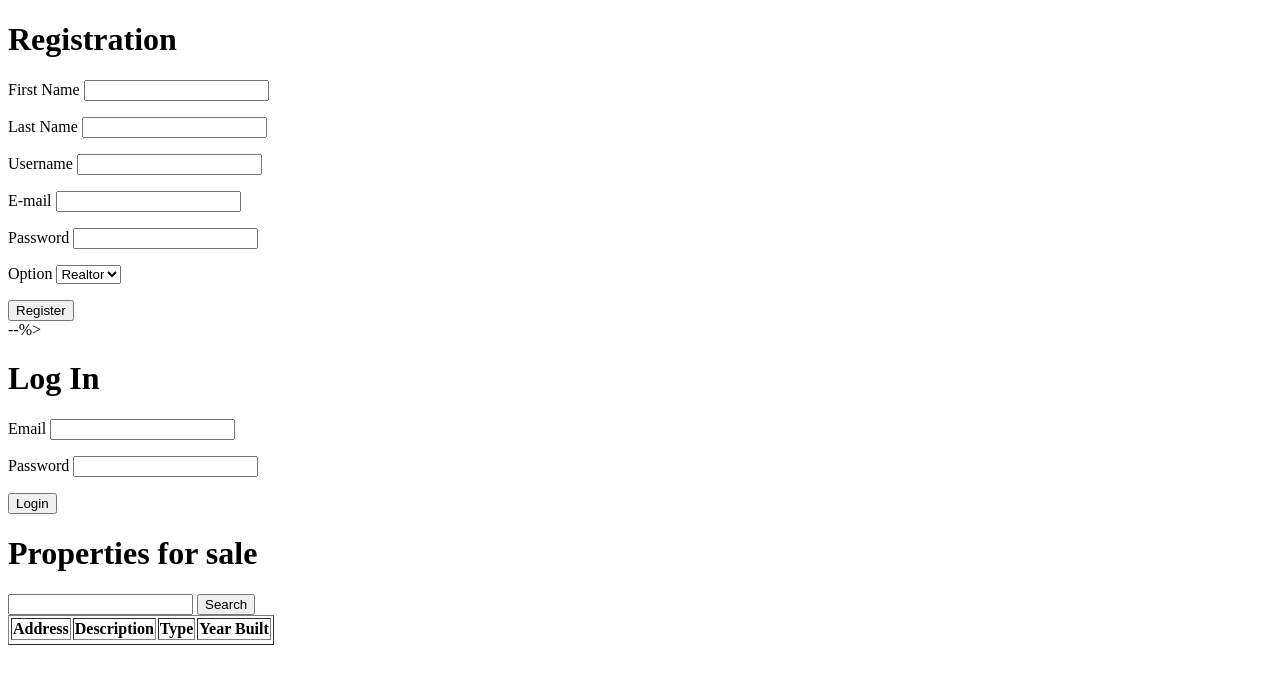
Repository: rickytorrez/test
Page: http://localhost/dcHome/WEB-INF/home.jsp
An editor plug-in stored every save of this project. The page is shown before and after the next save, followed by the edit.
The browser window is 1280 px wide. The pictures show the whole page.
The page is served by Tomcat 9. Nobody is signed in. Other server files are loaded and not shown. The template is opened directly, without the code that normally fills it, so the values that code supplies are empty.

Above is the page before, as saved 2018-06-01 18:38:08.

### dcHome/src/main/webapp/WEB-INF/home.jsp
<%@ page language="java" contentType="text/html; charset=UTF-8"
    pageEncoding="UTF-8"%>
<%@ taglib uri="http://java.sun.com/jsp/jstl/core" prefix="c" %>
<%@taglib prefix="fmt" uri="http://java.sun.com/jsp/jstl/fmt"%>
<%@taglib prefix="form" uri="http://www.springframework.org/tags/form"%>
<%@ taglib prefix="spring" uri="http://www.springframework.org/tags" %>
<!DOCTYPE html PUBLIC "-//W3C//DTD HTML 4.01 Transitional//EN" "http://www.w3.org/TR/html4/loose.dtd">
<html>
	<head>
		<meta http-equiv="Content-Type" content="text/html; charset=UTF-8">
		<title>Insert title here</title>
	</head>
	<body>
 		<h1>Registration</h1>

 		<form action="/users/new" method="post">
 			<p>
	 			<label>First Name</label>
	 			<input type="text" name="firstname">
 			</p>
 			<p>
	 			<label>Last Name</label>
	 			<input type="text" name="lastname">
 			</p>
 			<p>
	 			<label>Username</label>
	 			<input type="text" name="username">
 			</p>
 			<p>
	 			<label>E-mail</label>
	 			<input type="text" name="email">
 			</p>
 			<p>
	 			<label>Password</label>
	 			<input type="password" name="password">
 			</p>
 			<p>
	 			<label>Option</label>
	 			<select name="realtor">
	 				<option value="true">Realtor</option>
	 				<option value="false">Buyer</option>
	 			</select>
 			</p>
 			<input type="submit" value="Register"/>
 		</form>

 		<c:if test="${error !=null}">
 				<p>${ error }</p>
 		</c:if> --%>


 		<h1>Log In</h1>

 		<form action="/users/login" method="post">
 			<p>
 				<label>Email
 					<input type="text" name="email"/>
 				</label>
 			</p>
 			<p>
 				<label>Password
 					<input type="password" name="password"/>
 				</label>
 			</p>
 			<input type="submit" value="Login"/>
 		</form>

 		<h1>Properties for sale</h1>

 			<form method="GET" action="/users/search" >
				<input type="text" name="search" />
				<input type="submit" value="Search" />
			</form>

 			<table border="1px">
				<tr>
					<th>Address</th>
					<th>Description</th>
					<th>Type</th>
					<th>Year Built</th>

				</tr>
				<c:forEach items="${listings}" var="listing">
				<tr>
					<td>${ listing.address }</td>
		 			<td>${ listing.description }</td>
		 			<td>${ listing.type }</td>
		 			<td><a href="/listings/${listing.id}"><button>View</button></a></td>

				</tr>
				</c:forEach>

				<tr></tr>
			</table>

	</body>
</html>

After the next save:
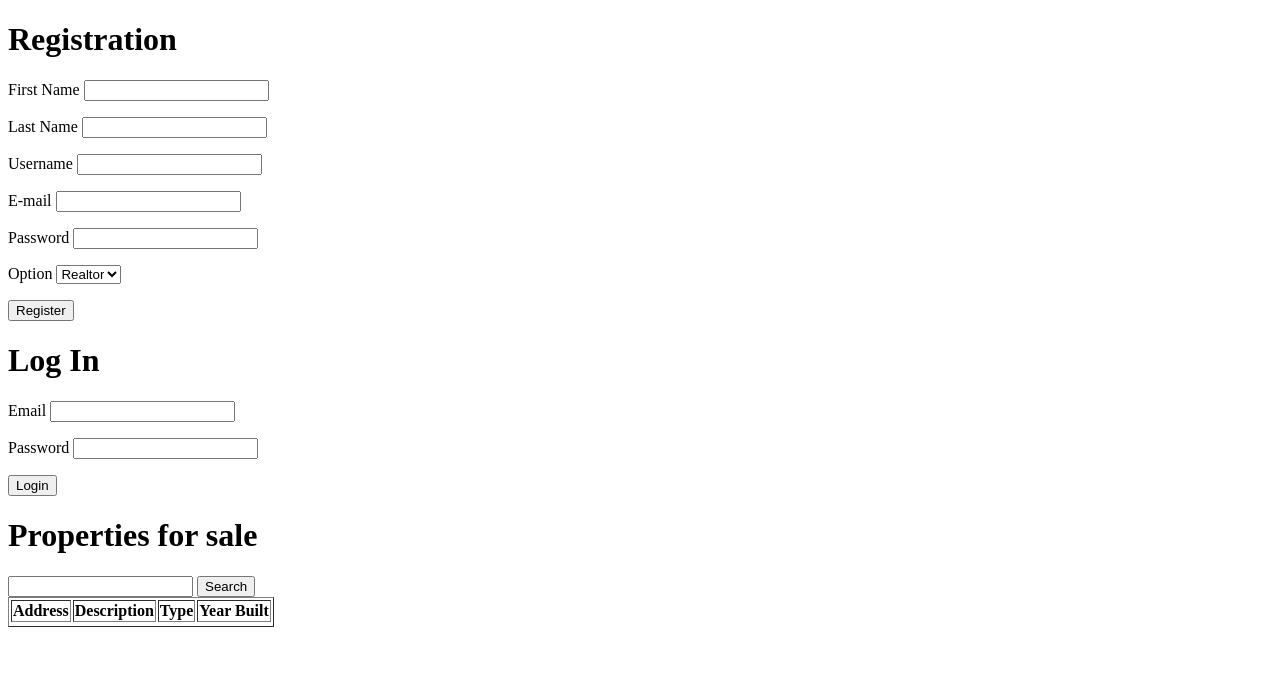
Saved 14 s later.
--- a/dcHome/src/main/webapp/WEB-INF/home.jsp
+++ b/dcHome/src/main/webapp/WEB-INF/home.jsp
@@ -46,7 +46,7 @@
 
  		<c:if test="${error !=null}">
  				<p>${ error }</p>
- 		</c:if> --%>
+ 		</c:if>
 
 
  		<h1>Log In</h1>
